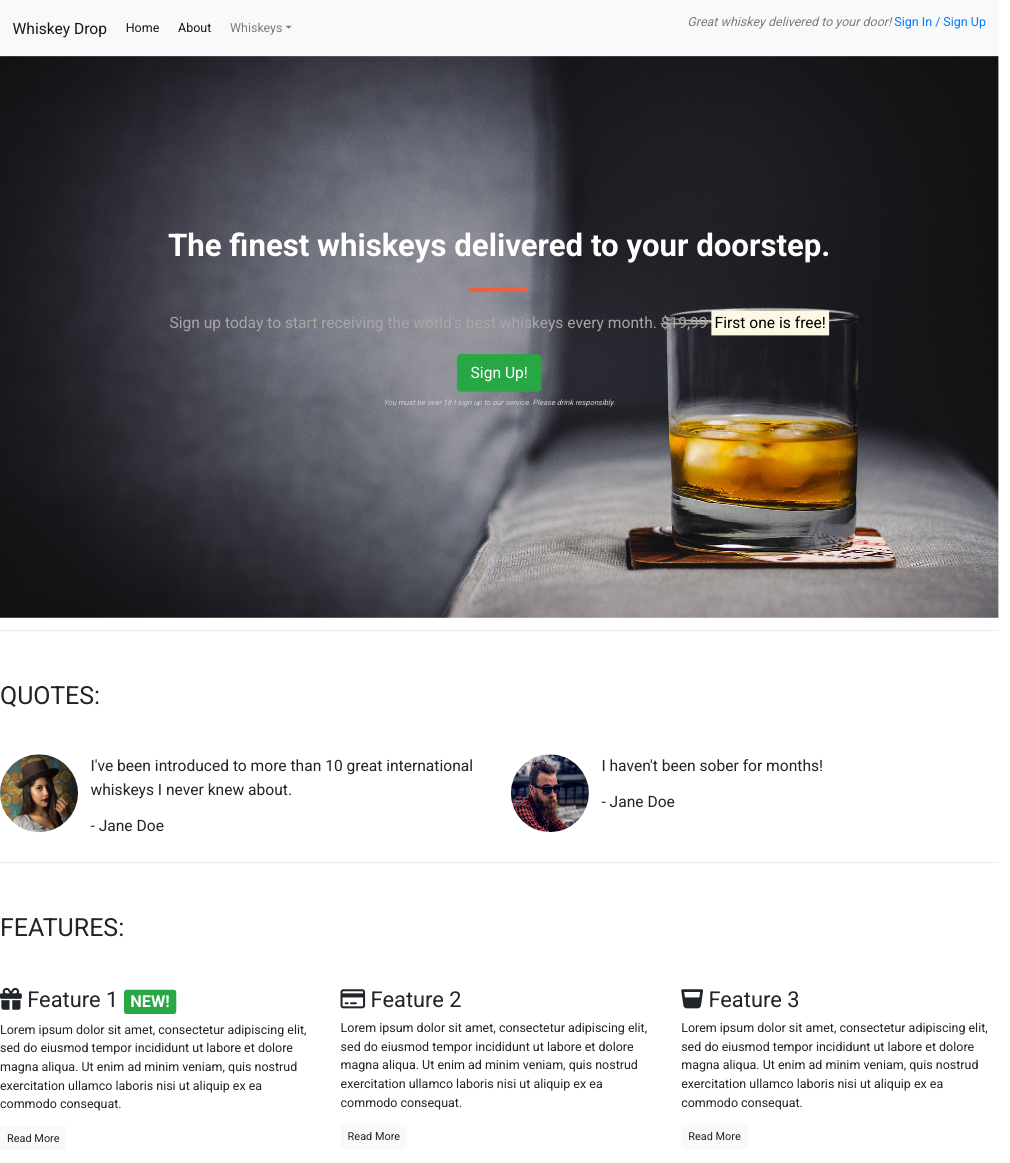
Repository: nitr-am/whiskey-project
Page: index.html
The author's editor kept a record of every edit. The page is drawn from the files as they stood at one moment, then again after the next edit.
The browser window is 1280 px wide. The page is 1295 px wide, so the pictures cover 1295 px, including what lies to the right of the window. The pictures show the whole page, at 78% of full size.
Backgrounds fixed to the window are drawn as part of the page. Some web libraries are served in a nearby version.

Above is the page before.

After the next edit:
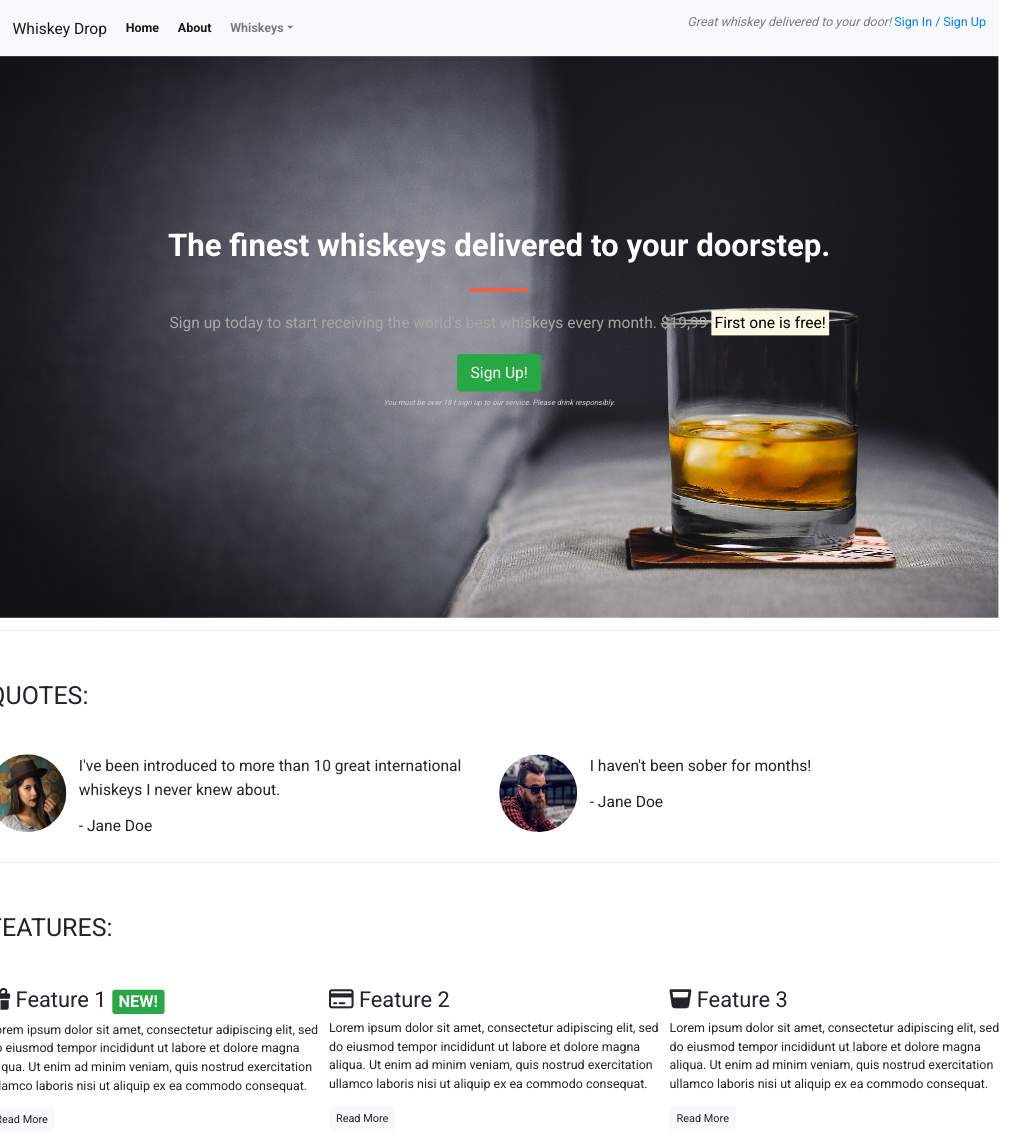
The edit:
--- a/css/style.css
+++ b/css/style.css
@@ -73,9 +73,17 @@
     border:0;
 }
 
-.navbar-dark .navbar-brand:hover {
-    color: #fff;
+.navbar-dark .navbar-brand {
     font-weight: bold;
+}
+
+.navbar .navbar-nav a {
+    font-weight: bold;
+}
+
+.col-12 {
+    padding-left: 0;
+    padding-right: 0;
 }
 
 /* Jumbotrons */

After the 2 edits that followed:
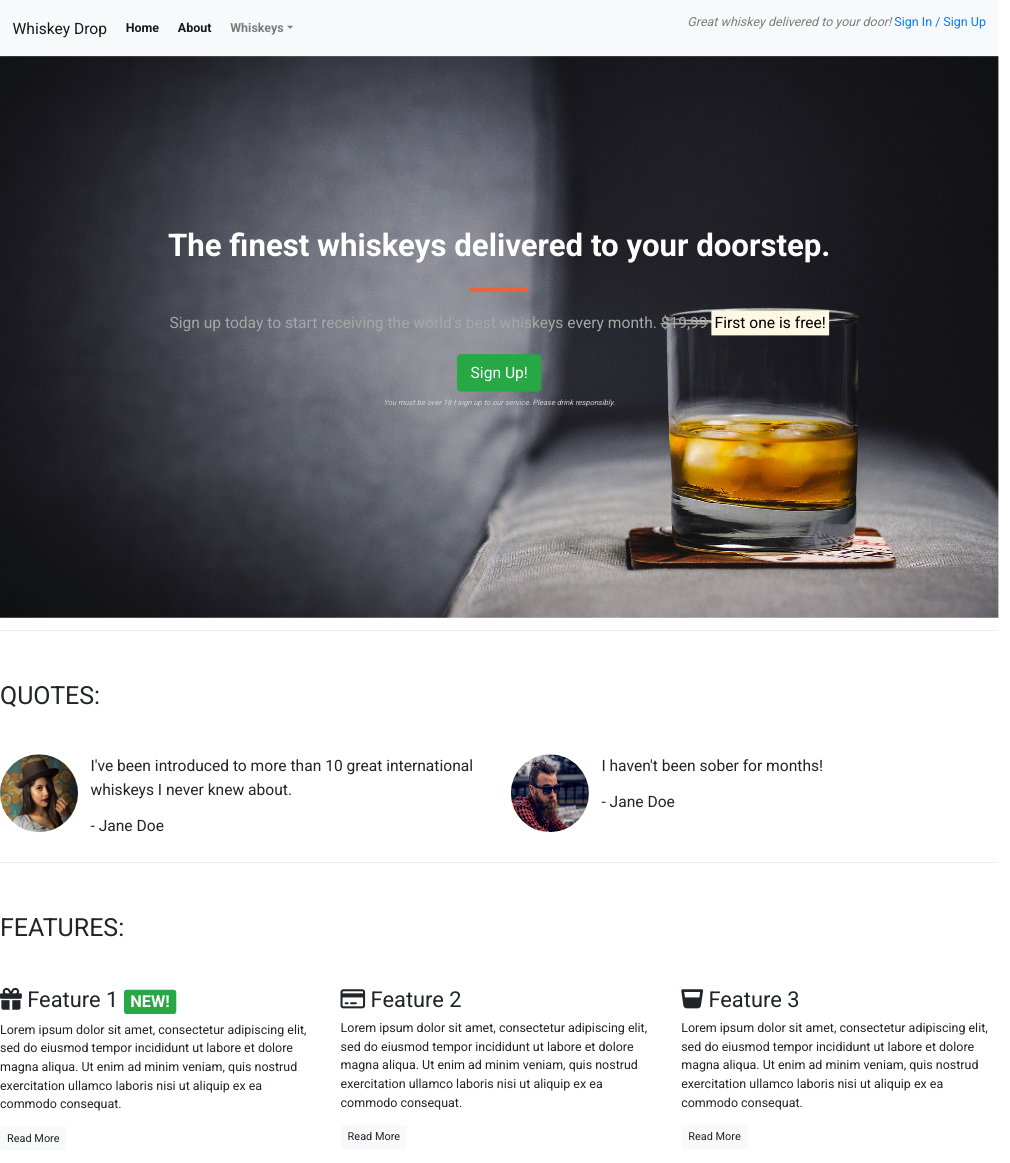
The 2 edits are shown as one change because 1 left the picture as it was.
The edit:
--- a/css/style.css
+++ b/css/style.css
@@ -1,8 +1,6 @@
 body {
     font-family: "Roboto", sans-serif;
 }
-
-.alert-container {}
 
 .callout-container {
     height: 100vh;
@@ -81,7 +79,7 @@
     font-weight: bold;
 }
 
-.col-12 {
+.alert-container .col-12 {
     padding-left: 0;
     padding-right: 0;
 }
